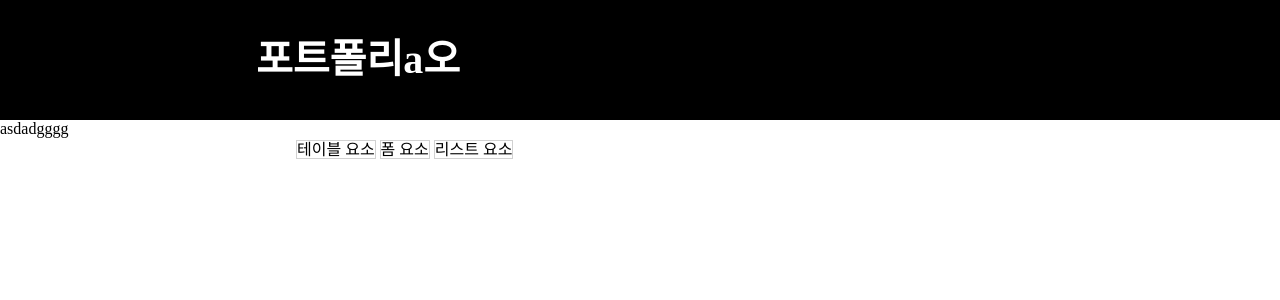
Repository: ItChoi/CSS-Study
Page: Css/WebContent/html/boostcourse/project-A1/portfolio.html
The author's editor kept a copy of each file at every save. The page is drawn from the files as they stood at one save, then again after the next save.
The browser window is 1280 px wide. The pictures show the whole page.

Above is the page before, as saved 2019-06-18 09:52:08.

### Css/WebContent/html/boostcourse/project-A1/portfolio.html
<!DOCTYPE html>
<html>
<head>
	<link href="../../../css/boostcourse/project-A1/portfolio.css" rel="stylesheet" type="text/css">

</head>
<body>
	<div class="wrap">

		<div class="header">

		</div>

		<div class="content">

			<div class="con_header">
				<p class="title">포트폴리a오</p>
			</div>

			<div class="con_content">

				<div class="button_list">
					<ul>
						<li class="button_elements">테이블 요소</li>
						<li class="button_elements">폼 요소</li>
						<li class="button_elements">리스트 요소</li>
					</ul>
				</div>

			</div>

		</div>

		<div class="footer">
		asdadgggg
		</div>


	</div>

</body>
</html>

### Css/WebContent/css/boostcourse/project-A1/portfolio.css
html, body, .wrap {
	margin: 0px;
	padding: 0px;
}

.header {
	width: 100%;
	height: 120px;
	background: #000;

	position: relative;

}

.content {
	position: absolute;
	top: 0;
	left: 20%;
	right: 20%;
	min-width: 1000px;
}

.con_header {
	height: 120px;
}

.title {
	margin: 0px;
	color: #fff;
	font-size: 40px;
	font-weight: bold;
	line-height: 120px;
}

.con_content {
	padding: 0 40 0 40;
	width: 1000px;
}

ul {
	list-style: none;
}

.button_elements {
	display: inline;
	border:  1px solid #d1d1d1;
	width: 30%;
}

.button_elements:HOVER {
	background-color: #454545;
	font-weight: bold;
}

After the next save:
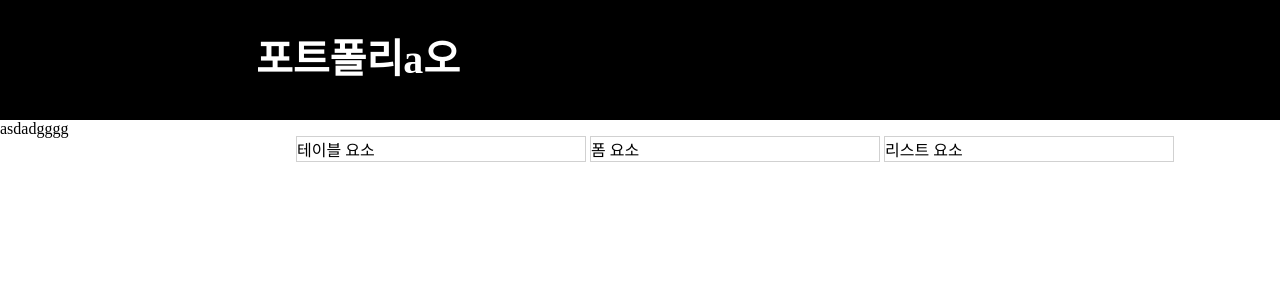
Saved 30 s later.
--- a/Css/WebContent/css/boostcourse/project-A1/portfolio.css
+++ b/Css/WebContent/css/boostcourse/project-A1/portfolio.css
@@ -42,7 +42,7 @@ ul {
 }
 
 .button_elements {
-	display: inline;
+	display: inline-block;
 	border:  1px solid #d1d1d1;
 	width: 30%;
 }
